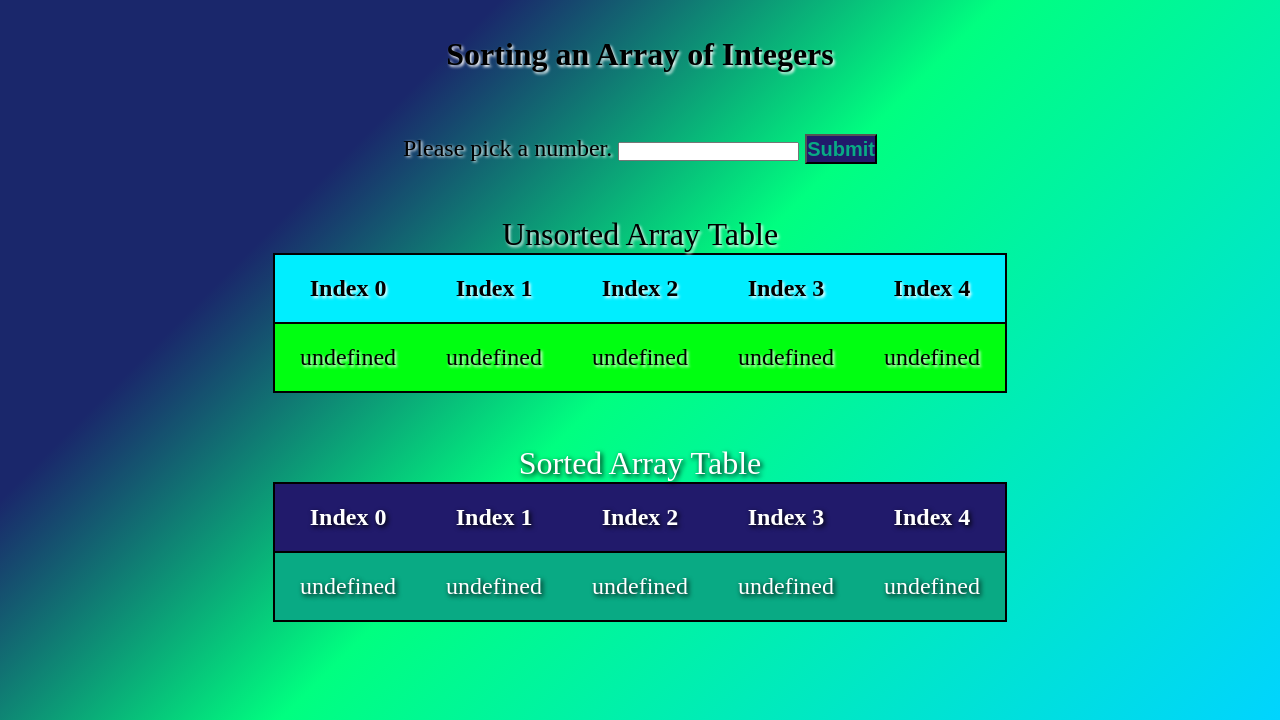
Repository: mlmEFSC21/P16-Sorting-Integers
Page: sort.html
These files come from the project's save history. The page is drawn as it stood at one moment and after the next save; the edit follows.
The browser window is 1280 px wide. The pictures show the whole page.

Above is the page before, as saved 2022-03-28 14:44:49.

### sort.html
<!DOCTYPE html>
<html lang="en">
    <head>
        <meta charset="UTF-8" />
        <meta http-equiv="X-UA-Compatible" content="IE=edge" />
        <meta name="viewport" content="width=device-width, initial-scale=1.0" />
        <link rel="stylesheet" href="sort.css" />
        <script defer src="sort.js"></script>
        <title>Array Sorting</title>
    </head>
    <body>
        <header class="mainHeader">
            <h1>Sorting an Array of Integers</h1>
        </header>
        <section class="main">
            <div class="arrayContainer" id="arrayContainer">
                <form action="" class="inputForm">
                    <label for="numInp">Please pick a number.</label>
                    <input type="number" name="numInp" id="numInp" />
                    <button type="submit" class="submitButton">Submit</button>
                </form>
            </div>
        </section>
    </body>
</html>

### sort.css
:root {
    --clr-background: #00ff8f;
    --clr-primary-T1: hsl(184, 100%, 50%);
    --clr-primary-T2: hsl(245, 61%, 26%);
    --clr-secondary-T1: hsl(124, 100%, 50%);
    --clr-secondary-T2: hsl(166, 90%, 35%);
}
*,
*::after,
*::before {
    box-sizing: border-box;
    margin: 0;
    padding: 0;
}
body {
    font-size: 0.875;
    text-shadow: 1.75px 1.75px 3px white;
    background-color: var(--clr-background);
    background-repeat: no-repeat;
    background-size: cover;
    background: linear-gradient(
        135deg,
        rgba(26, 39, 107, 1) 25%,
        rgba(0, 255, 128, 1) 50%,
        rgba(0, 212, 255, 1) 100%
    );
    height: 100vh;
}
.mainHeader {
    height: 15vh;
    display: flex;
    align-items: center;
    justify-content: center;
}
.arrayContainer {
    height: min(75vh, 640px);
    display: grid;
    align-items: center;
    justify-content: space-around;
}
.inputForm {
    font-size: 1.5rem;
    align-self: center;
    justify-self: center;
}
button {
    height: 30px;
    width: auto;
    font-size: 1.25rem;
    font-weight: bold;
    background-color: var(--clr-primary-T2);
    color: var(--clr-secondary-T2);
}
button:hover {
    background-color: var(--clr-primary-T1);
    color: var(--clr-secondary-T1);
}
table {
    border-collapse: collapse;
    font-size: 1.5rem;
    border: 2px solid black;
}
caption {
    font-size: 2rem;
}
thead {
    border-bottom: 2px solid black;
}
th,
td {
    margin: 10px 15px;
    padding: 20px 25px;
}
.unsortedTable th {
    background-color: var(--clr-primary-T1);
}
.unsortedTable td {
    background-color: var(--clr-secondary-T1);
    text-align: center;
}
.sortedTable {
    color: white;
    text-shadow: 1.75px 1.75px 5px black;
}
.sortedTable th {
    background-color: var(--clr-primary-T2);
}
.sortedTable td {
    background-color: var(--clr-secondary-T2);
    text-align: center;
}

### sort.js
const unsortedArray = [];

const arrayContainer = document.querySelector("#arrayContainer");
//create the unsorted table
const unsortedTable = document.createElement("table");
unsortedTable.setAttribute("class", "unsortedTable");
unsortedTable.setAttribute("id", "unsortedTable");
//create the sorted table
const sortedTable = document.createElement("table");
sortedTable.setAttribute("class", "sortedTable");
sortedTable.setAttribute("id", "sortedTable");
//fill the table with other elements using template literals
unsortedTable.innerHTML = `
<caption>
Unsorted Array Table
</caption>
<thead>
<tr class="theadRow">
<th>Index 0</th>
<th>Index 1</th>
<th>Index 2</th>
<th>Index 3</th>
<th>Index 4</th>
</tr>
</thead>
<tbody>
<tr>
<td>${unsortedArray[0]}</td>
<td>${unsortedArray[1]}</td>
<td>${unsortedArray[2]}</td>
<td>${unsortedArray[3]}</td>
<td>${unsortedArray[4]}</td>
</tr>
</tbody>`;
arrayContainer.append(unsortedTable);
//arrow function to sort the unsorted array.
const sortedArray = unsortedArray.sort((a, b) => a - b);
//fill the table with other elements using template literals
sortedTable.innerHTML = `
<caption>
Sorted Array Table
</caption>
<thead>
<th>Index 0</th>
<th>Index 1</th>
<th>Index 2</th>
<th>Index 3</th>
<th>Index 4</th>
</thead>
<tbody>
<tr>
<td>${sortedArray[0]}</td>
<td>${sortedArray[1]}</td>
<td>${sortedArray[2]}</td>
<td>${sortedArray[3]}</td>
<td>${sortedArray[4]}</td>
</tr>
</tbody>`;
arrayContainer.append(sortedTable);

console.log(unsortedArray);
console.log(sortedArray);

// prettier-ignore;
// document.getElementById(
//     "unsorted"
// ).innerText = `${unsortedArray[0]} ${unsortedArray[1]} ${unsortedArray[2]} ${unsortedArray[3]} ${unsortedArray[4]} `;

// // prettier-ignore
// document.getElementById("sorted").innerText =
// `${sortedArray[0]} ${sortedArray[1]} ${sortedArray[2]} ${sortedArray[3]} ${sortedArray[4]} `;

After the next save:
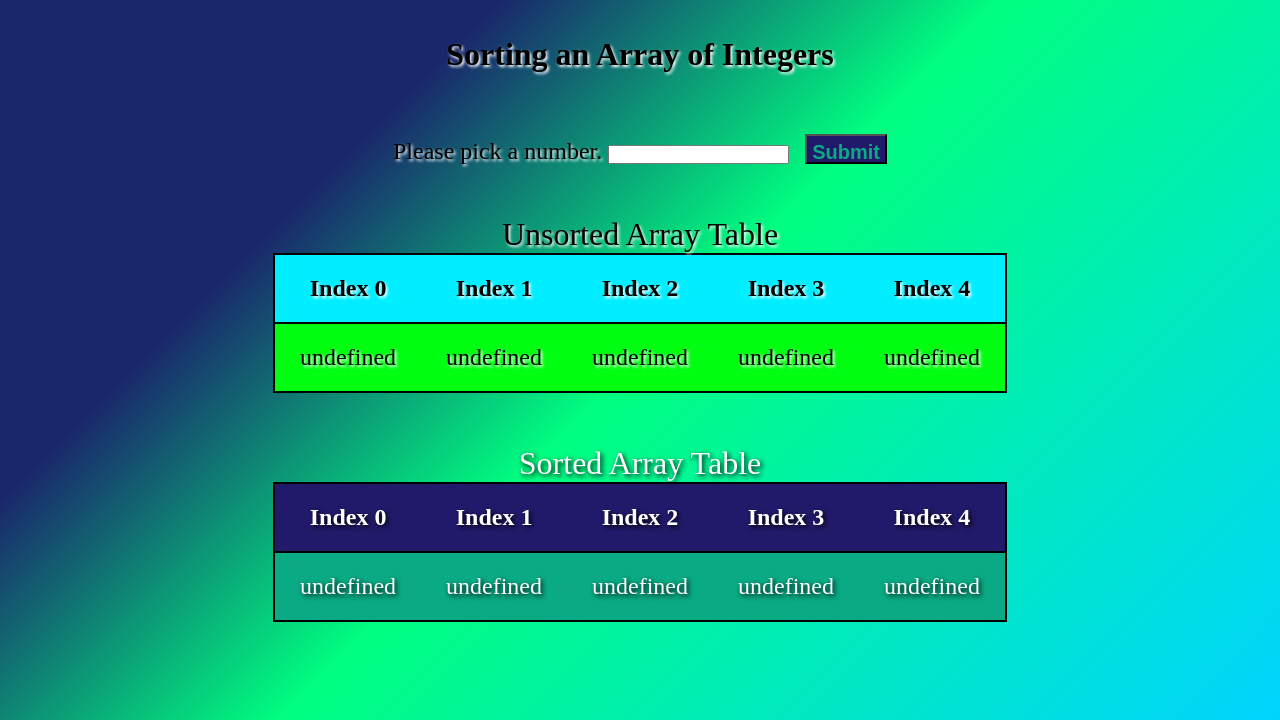
Saved 37 s later.
--- a/sort.css
+++ b/sort.css
@@ -46,6 +46,8 @@ body {
 button {
     height: 30px;
     width: auto;
+    margin-left: 10px;
+    padding: 5px;
     font-size: 1.25rem;
     font-weight: bold;
     background-color: var(--clr-primary-T2);
